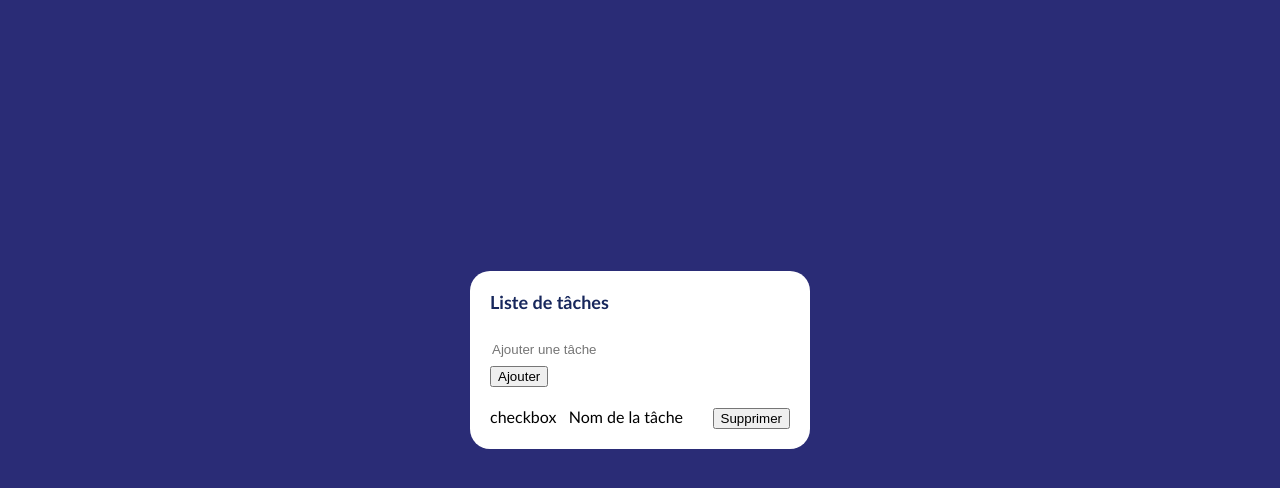
Repository: ndiemenguer/convertisseur
Page: / (app in todo-isep/)
The author's editor kept a copy of each file at every save. The page is drawn from the files as they stood at one save, then again after the next save.
The browser window is 1280 px wide. The pictures show the whole page.
The project was rebuilt for these pictures with package versions that can differ from the ones it lists, and the page was loaded fresh each time. Also part of the build but not shown: todo-isep/vite.config.js, todo-isep/src/Application.jsx, todo-isep/src/index.css.

Above is the page before, as saved 2023-05-06 12:22:46.

### todo-isep/src/main.jsx
import React from 'react'
import ReactDOM from 'react-dom/client'
import App from './App.jsx'
import ApplicationDev from './Application.jsx'
import './index.css'


ReactDOM.createRoot(document.getElementById('root')).render(
  <React.StrictMode>
    <App />
  </React.StrictMode>,
)

### todo-isep/src/App.jsx
import "./App.css";

function App() {
  return (
    <>
      <main className="container">
        <div className="title">Liste de tâches</div>
        <div className="input-box">
          <input
            type="text"
            className="input"
            placeholder="Ajouter une tâche"
          />
          <button>Ajouter</button>
        </div>
        <div className="todo-list">
          <div className="todo-box">
            <div>checkbox &nbsp; Nom de la tâche</div>
            <div>
              <button>Supprimer</button>
            </div>
          </div>
        </div>
      </main>
    </>
  );
}

export default App;

### todo-isep/src/App.css
body {
  background: #2a2c76;
  display: flex;
  height: 100vh;
  width: 100vw;
  margin: 0;
  justify-content: center;
  align-items: center;
  font-family: calibri;
}

.container {
  background: white;
  width: 300px;
  min-height: 100px;
  border-radius: 20px;
  display: flex;
  flex-direction: column;
  gap: 20px;
  padding: 20px;
}

.container .title {
  font-size: 18px;
  font-weight: 600;
  color: #17275c;
}

.input-box {
}

.todo-list {
  display: flex;
  flex-direction: column;
  gap: 10px;
}

.todo-box {
  display: flex;
  justify-content: space-between;
}

.input {
  width: 100%;
  height: 30px;
  border-radius: 20px;
  border: 0;
  outline: none;
}

Loaded but not shown: todo-isep/index.html (common file)

After the next save:
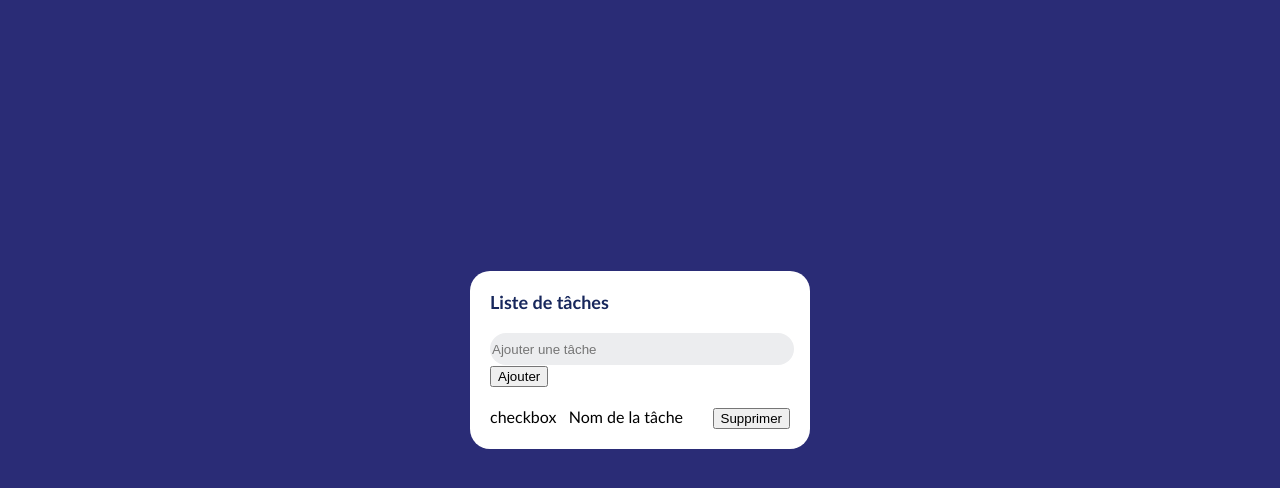
Saved 48 s later.
--- a/todo-isep/src/App.css
+++ b/todo-isep/src/App.css
@@ -46,4 +46,5 @@ body {
   border-radius: 20px;
   border: 0;
   outline: none;
+  background-color: #ecedef;
 }
